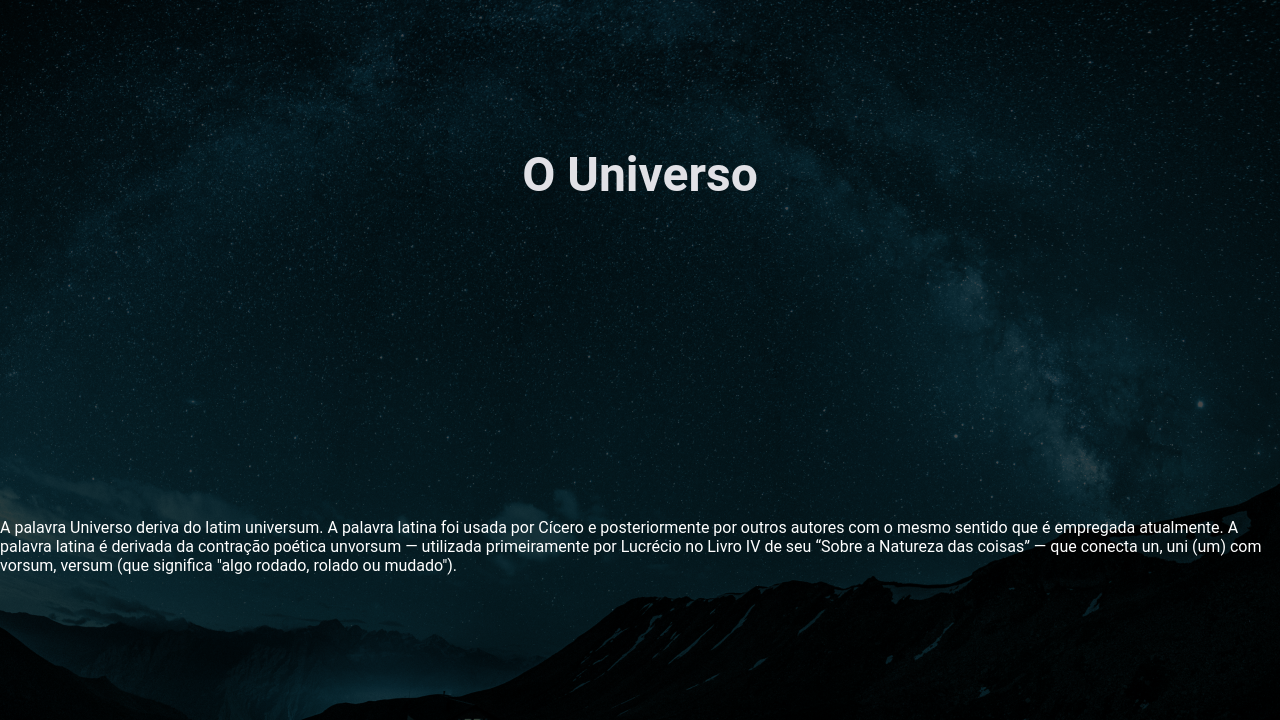
Repository: eltonneiferson/spaUniverse
Page: universe.html
An editor plug-in stored every save of this project. The page is shown before and after a run of saves, followed by the edit.
The browser window is 1280 px wide. The pictures show the whole page.

Above is the page before, as saved 2022-10-26 22:54:30.

After the next 2 saves:
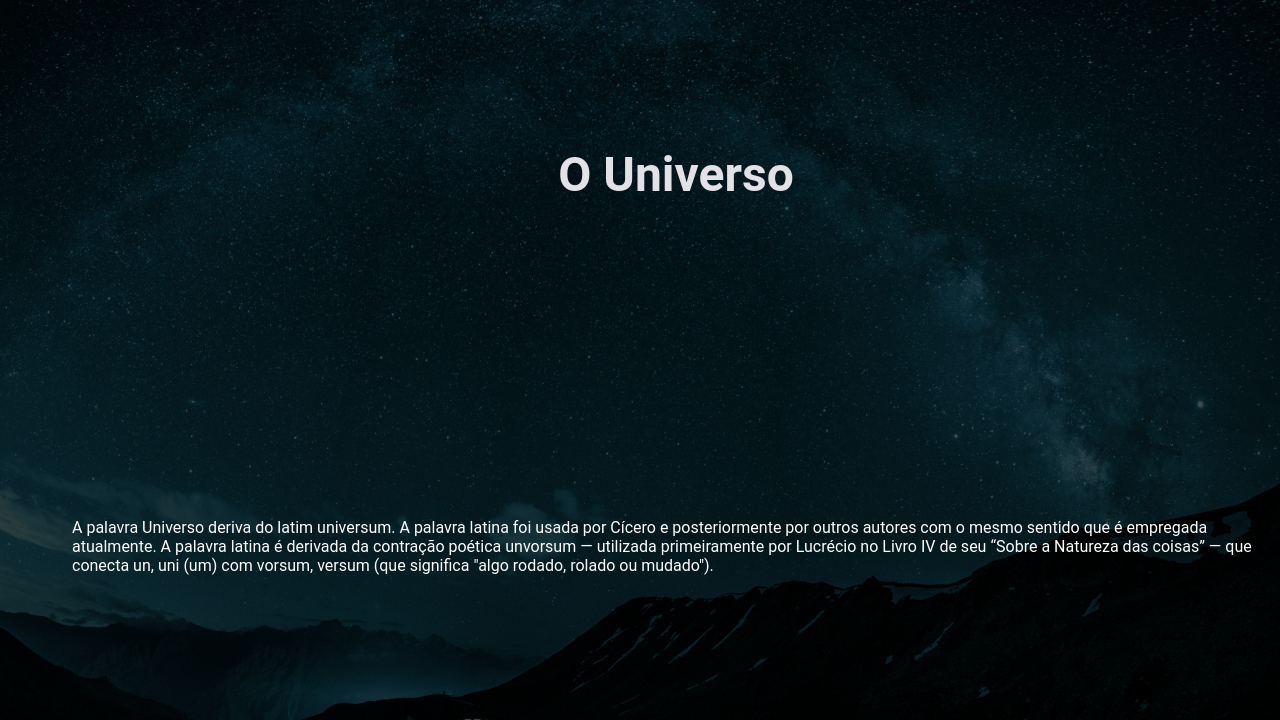
The 2 saves are shown as one change because they came seconds apart.
The last was saved 11 s later.
--- a/index.css
+++ b/index.css
@@ -54,7 +54,7 @@ main#universe {
     background-size: cover;
     background-position: bottom;
     min-height: 100vh;
-    padding: ;
+    padding-left: 72px;
 }
 
 main h1 {
